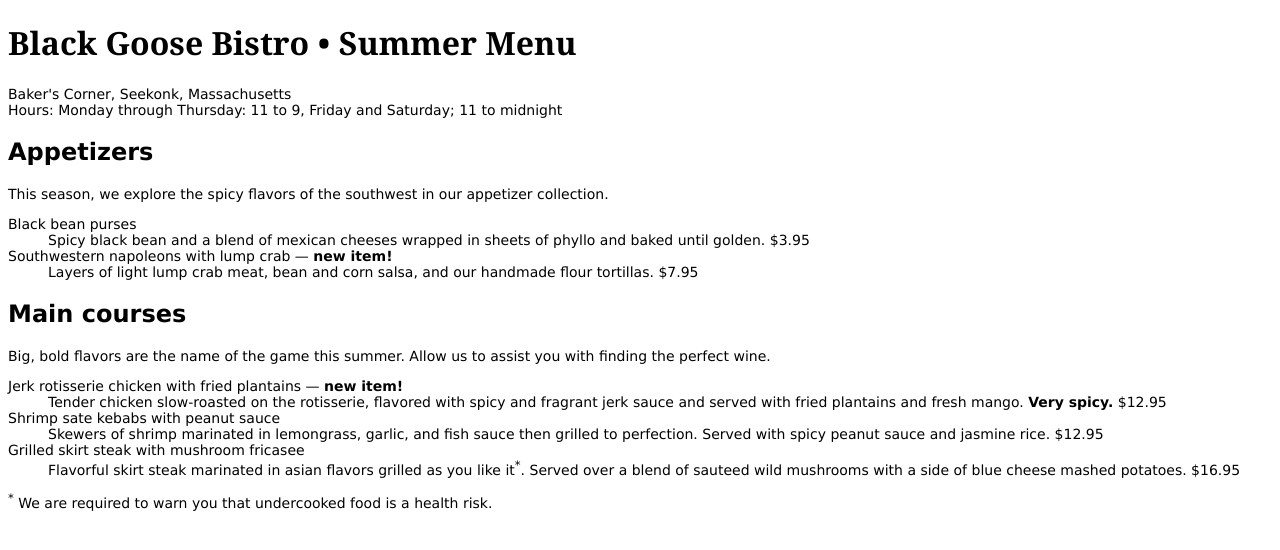
Repository: Lithium87/WebDesign
Page: Bistro/menu.html
These files come from the project's save history. The page is drawn as it stood at one moment and after the next save; the edit follows.
The browser window is 1280 px wide. The pictures show the whole page.
Some web fonts or font styles are not loaded; a fallback is used.

Above is the page before, as saved 2020-04-14 09:51:55.

### Bistro/menu.html
<!DOCTYPE html >
<html>

<head>
    <meta charset="utf-8">
    <title>Black Goose Bistro Summer Menu</title>
    <link href="http://fonts.googleapis.com/ css?family=Marko+One" rel="stylesheet">
    <style>
        body {
            font-family: Verdana, sans-serif;
            font-size: 100%;
        }

        h1 {
            font-family: "Marko One", Georgia, serif;
        }

        p,
        dl {
            font-size: 0.875em;
        }
    </style>
</head>

<body>

    <div id="info">
        <h1>Black Goose Bistro &bull; Summer Menu</h1>

        <p>Baker's Corner, Seekonk, Massachusetts<br>
            <span class="label">Hours: Monday through Thursday:</span> 11 to 9, <span class="label">Friday and Saturday;</span> 11 to midnight</p>
    </div>

    <div id="appetizers">
        <h2>Appetizers</h2>
        <p>This season, we explore the spicy flavors of the southwest in our appetizer collection.</p>

        <dl>
            <dt>Black bean purses</dt>
            <dd>Spicy black bean and a blend of mexican cheeses wrapped in sheets of phyllo and baked until golden. <span class="price">$3.95</span></dd>

            <dt class="newitem">Southwestern napoleons with lump crab &mdash; <strong>new item!</strong></dt>
            <dd>Layers of light lump crab meat, bean and corn salsa, and our handmade flour tortillas. <span class="price">$7.95</span></dd>
        </dl>
    </div>

    <div id="entrees">

        <h2>Main courses</h2>
        <p>Big, bold flavors are the name of the game this summer. Allow us to assist you with finding the perfect wine.</p>


        <dl>

            <dt class="newitem">Jerk rotisserie chicken with fried plantains &mdash; <strong>new item!</strong></dt>
            <dd>Tender chicken slow-roasted on the rotisserie, flavored with spicy and fragrant jerk sauce and served with fried plantains and fresh mango. <strong>Very spicy.</strong> <span class="price">$12.95</span></dd>

            <dt>Shrimp sate kebabs with peanut sauce</dt>
            <dd>Skewers of shrimp marinated in lemongrass, garlic, and fish sauce then grilled to perfection. Served with spicy peanut sauce and jasmine rice. <span class="price">$12.95</span></dd>

            <dt>Grilled skirt steak with mushroom fricasee</dt>
            <dd>Flavorful skirt steak marinated in asian flavors grilled as you like it<sup>*</sup>. Served over a blend of sauteed wild mushrooms with a side of blue cheese mashed potatoes. <span class="price">$16.95</span></dd>
        </dl>

    </div>

    <p class="warning"><sup>*</sup> We are required to warn you that undercooked food is a health risk.</p>

</body>

</html>

After the next save:
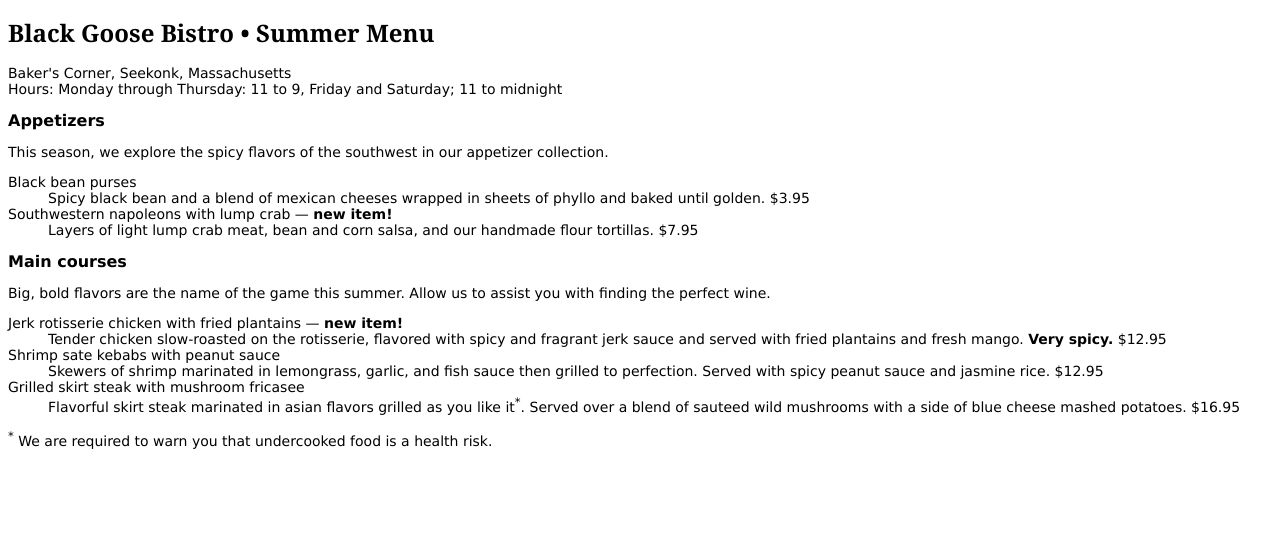
Saved 75 s later.
--- a/Bistro/menu.html
+++ b/Bistro/menu.html
@@ -13,6 +13,11 @@
 
         h1 {
             font-family: "Marko One", Georgia, serif;
+            font-size: 1.5em;
+        }
+
+        h2 {
+            font-size: 1em;
         }
 
         p,
